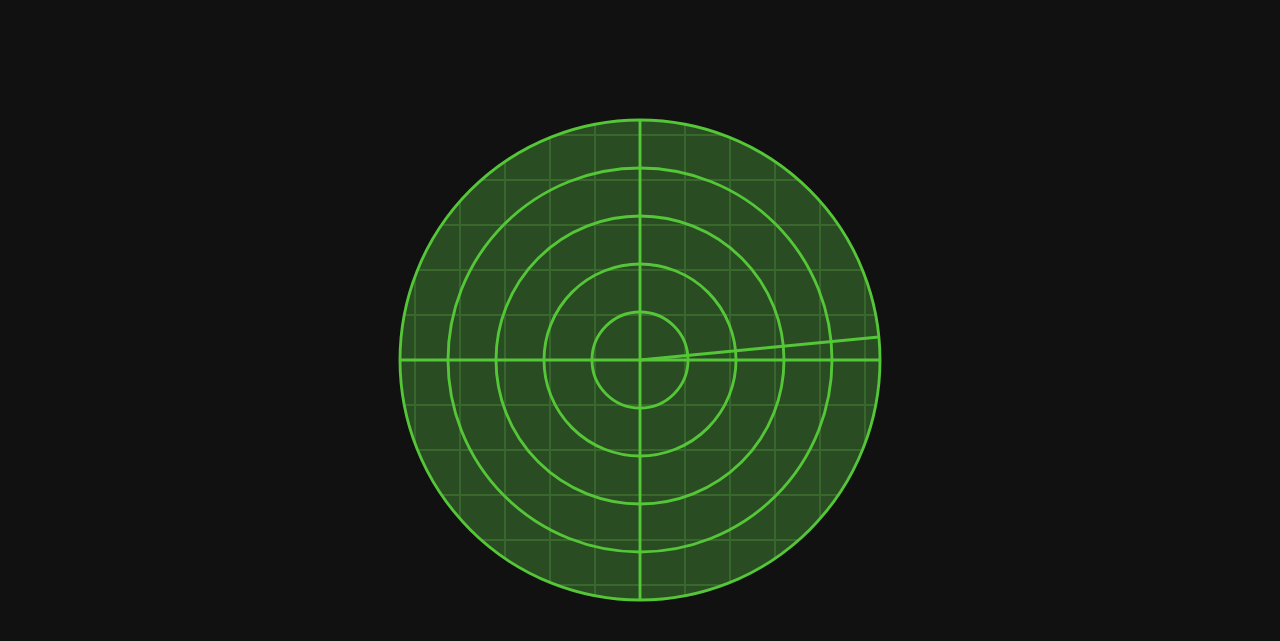
Repository: pedro-mancano/ProjetoCDM204
Page: scripts/radar.html
The author's editor kept a copy of each file at every save. The page is drawn from the files as they stood at one save, then again after the next save.
The browser window is 1280 px wide. The pictures show the whole page.

Above is the page before, as saved 2024-11-27 16:39:23.
Console error (its wording comes from the project's code and is left out).

### scripts/radar.html
<html>

<head>
  <title>Radars</title>
  <link rel="stylesheet" type="text/css" href="./radar.css">
</head>

<body>
  <div class="radar">
    <canvas id="radarCanvas" width="400" height="400"></canvas>
  </div>
  <script src="./radar.js"></script>

</html>

### scripts/radar.css
html,
body {
  background-color: #111;
  height: 100%;
  margin: 0;
  width: 100%;
}

.radar {
  height: 100%;
  width: 100%;
  display: flex;
}

#radarCanvas {
  margin: auto;
  position: relative;
}

### scripts/radar.js
const canvas = document.getElementById('radarCanvas');
const ctx = canvas.getContext('2d');
let lastDraw = performance.now();

size = Math.min(window.innerWidth, window.innerHeight);

ctx.canvas.width = size;
ctx.canvas.height = size;

scaleFactor = size / 500;

angle = 5;

function draw(elapsed) {
  ctx.clearRect(0, 0, canvas.width, canvas.height);

  angle += 0.5;

  const height = canvas.height;
  const width = canvas.width;
  const r = canvas.height / 3;
  const R = canvas.height / 2;


  // Draw the radar circle
  ctx.fillStyle = '#294c22';
  ctx.beginPath();
  ctx.arc(R, R, r, 0, 2 * Math.PI);
  ctx.fill();

  //
  ctx.strokeStyle = '#3a682e';
  ctx.lineWidth = scaleFactor;
  for (let i = 0; i < 2 * R; i += R / 8) {
    for (let j = 0; j < 2 * R; j += R / 8) {
      ctx.beginPath();
      ctx.moveTo(i, 0);
      ctx.lineTo(i, 2 * R);
      ctx.stroke();
      ctx.beginPath();
      ctx.moveTo(0, j);
      ctx.lineTo(2 * R, j);
      ctx.stroke();
    }
  }

  // Clear the outside circle
  ctx.globalCompositeOperation = 'destination-in';
  ctx.fillStyle = '#FFFFFF';
  ctx.beginPath();
  ctx.arc(R, R, r, 0, 2 * Math.PI);
  ctx.fill();
  ctx.globalCompositeOperation = 'source-over';


  // Draw grid lines (4 lines, 90 degrees apart)
  ctx.strokeStyle = '#54c638';
  ctx.lineWidth = 2 * scaleFactor;
  for (let i = 0; i < 360; i += 90) {
    ctx.beginPath();
    ctx.moveTo(R, R);
    ctx.lineTo(R + r * Math.cos(i * Math.PI / 180), R + r * Math.sin(i * Math.PI / 180));
    ctx.stroke();
  }

  // Circle outlines 5
  for (let i = 0; i < 6; i++) {
    ctx.beginPath();
    ctx.arc(R, R, r / 5 * i, 0, 2 * Math.PI);
    ctx.stroke();
  }

  // Draw the radar sweep
  ctx.strokeStyle = '#54c638';
  ctx.lineWidth = 2 * scaleFactor;
  ctx.beginPath();
  ctx.moveTo(R, R);
  ctx.lineTo(R + r * Math.cos(-angle * Math.PI / 180), R + r * Math.sin(-angle * Math.PI / 180));
  ctx.stroke();

  // Draw the radar arc sweep (15 deg) low opacity
  const startX = R + r * Math.cos(-angle * Math.PI / 180);
  const startY = R + r * Math.sin(-angle * Math.PI / 180);
  const endX = R + r * Math.cos((-angle + 120) * Math.PI / 180);
  const endY = R + r * Math.sin((-angle + 120) * Math.PI / 180);

  // Create a linear gradient
  const gradient = ctx.createLinearGradient(startX, startY, endX, endY);
  gradient.addColorStop(0, '#54c638'); // Start with red
  gradient.addColorStop(2, '#54c63800'); // End with blue

  ctx.fillStyle = gradient;
  ctx.lineWidth = 2 * scaleFactor;
  ctx.globalAlpha = 0.3;
  ctx.beginPath();
  ctx.moveTo(R, R);
  ctx.arc(R, R, r, -angle * Math.PI / 180, (-angle + 360) * Math.PI / 180);
  ctx.fill();
  ctx.globalAlpha = 1;
}

function drawLoop() {
  draw(performance.now() - lastDraw);
  lastDraw = performance.now();
  requestAnimationFrame(drawLoop);
}

requestAnimationFrame(drawLoop);

After the next save:
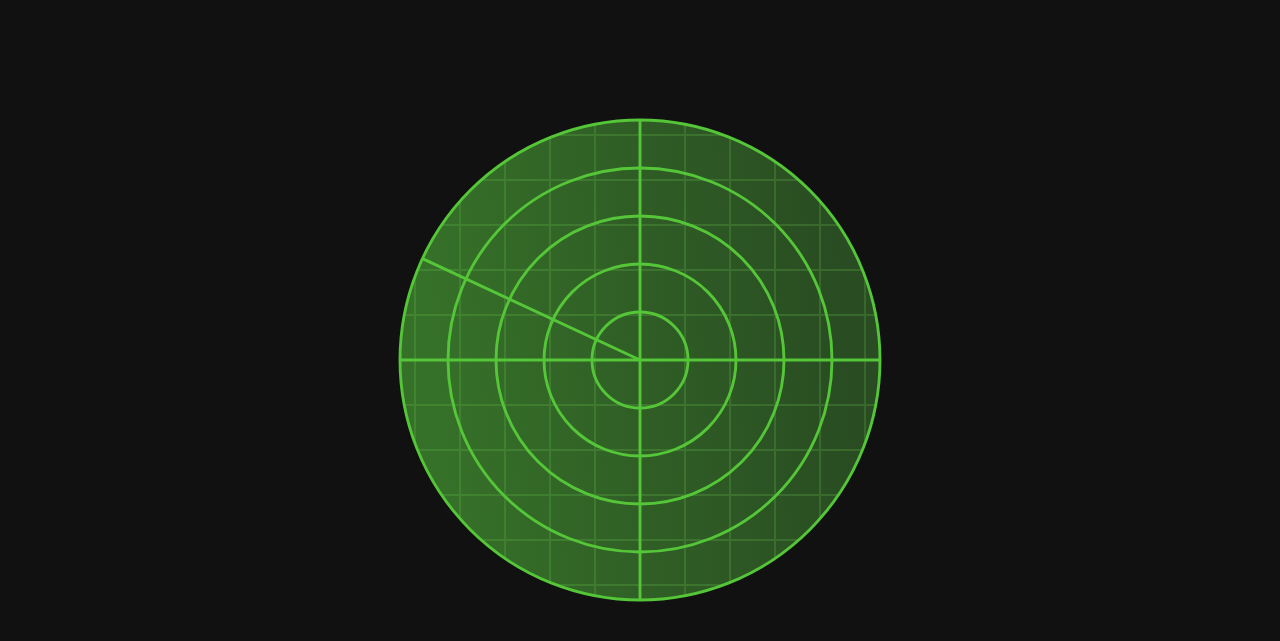
The error is gone.
Saved 4 s later.
--- a/scripts/radar.js
+++ b/scripts/radar.js
@@ -87,7 +87,7 @@ function draw(elapsed) {
   // Create a linear gradient
   const gradient = ctx.createLinearGradient(startX, startY, endX, endY);
   gradient.addColorStop(0, '#54c638'); // Start with red
-  gradient.addColorStop(2, '#54c63800'); // End with blue
+  gradient.addColorStop(1, '#54c63800'); // End with blue
 
   ctx.fillStyle = gradient;
   ctx.lineWidth = 2 * scaleFactor;
